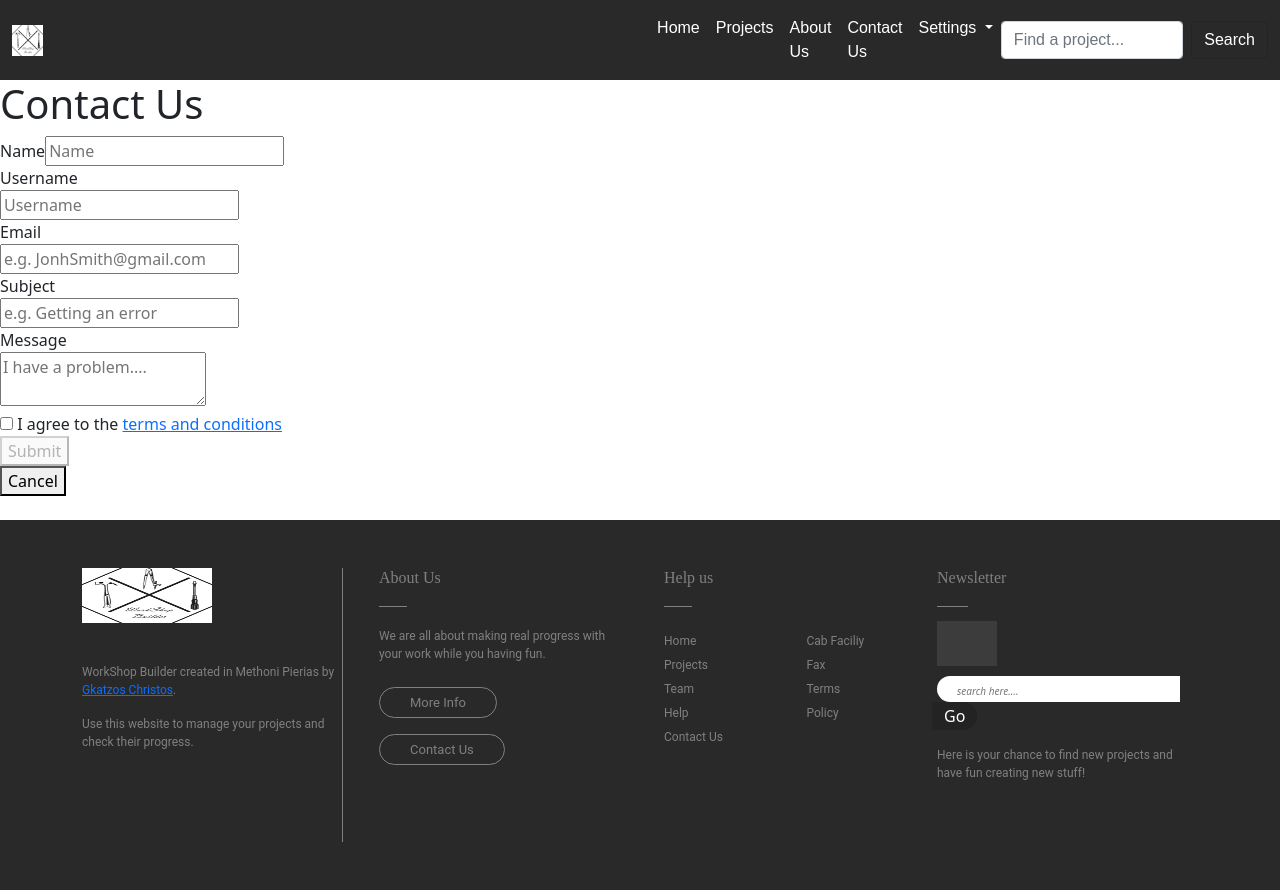
Repository: GkatzosChristos/workshop-builder-ui
Page: /contactUs (app in workshop-builder-ui/)
The author's editor kept a copy of each file at every save. The page is drawn from the files as they stood at one save, then again after the next save.
The browser window is 1280 px wide. The pictures show the whole page.
The project was rebuilt for these pictures with package versions that can differ from the ones it lists, and the page was loaded fresh each time. Also part of the build but not shown: workshop-builder-ui/angular.json, workshop-builder-ui/src/app/about-us/about-us.component.ts, workshop-builder-ui/src/app/home/home.component.ts, workshop-builder-ui/src/app/project/project.component.ts.

Above is the page before, as saved 2021-08-27 17:07:07.

After the next save:
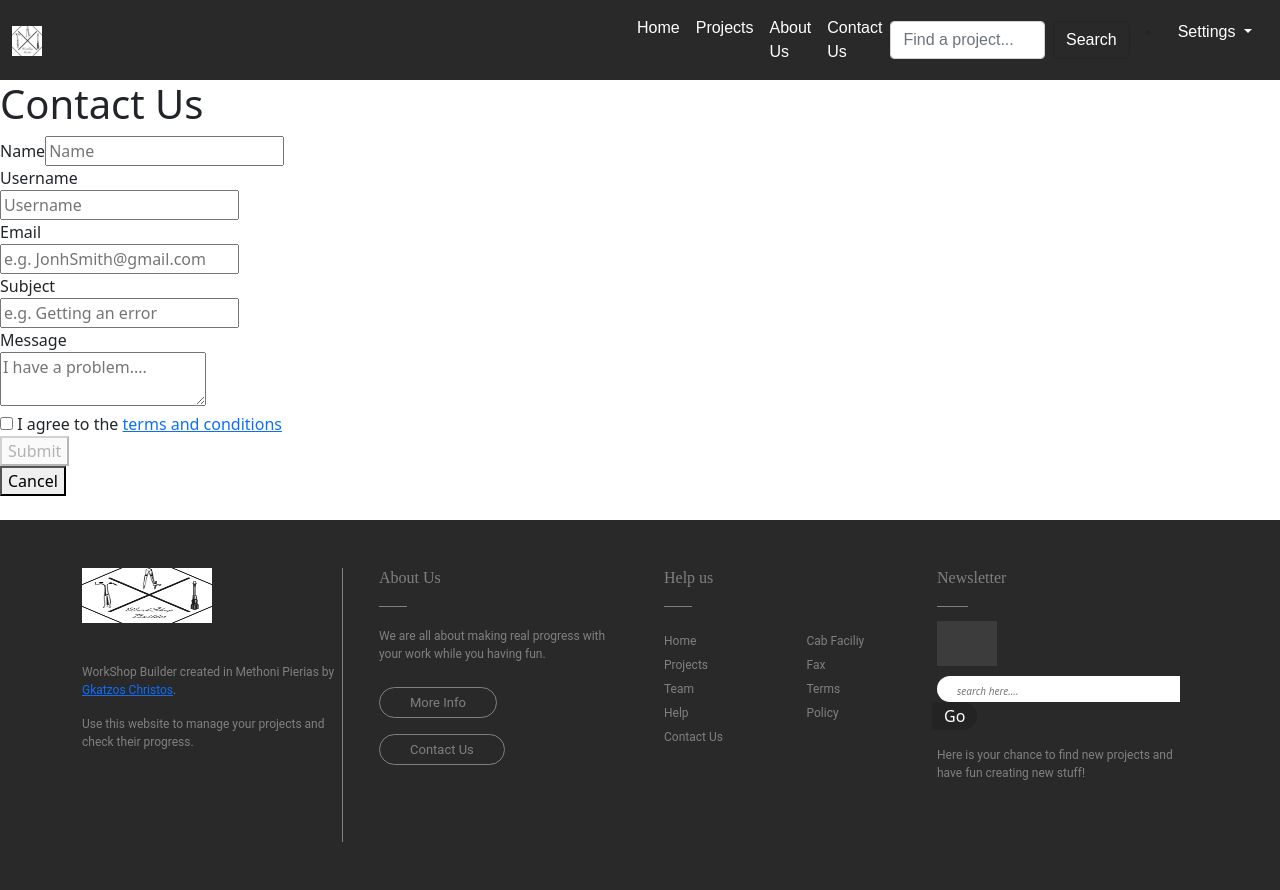
Saved 71 s later.
--- a/workshop-builder-ui/src/app/header/header.component.html
+++ b/workshop-builder-ui/src/app/header/header.component.html
@@ -22,6 +22,12 @@
                     <li class="nav-item">
                         <a class="nav-link text-white" routerLink="/contactUs">Contact Us</a>
                     </li>
+                </ul>
+                <form class="d-flex">
+                    <input class="form-control me-2" type="text" placeholder="Find a project...">
+                    <a class="btn btn-outline-dark text-white">Search</a>
+                </form>
+                <ul>
                     <li class="nav-item dropdown">
                         <a class="nav-link dropdown-toggle text-white" id="navbarScrollingDropdown" role="button"
                             data-bs-toggle="dropdown" aria-expanded="false">
@@ -37,10 +43,7 @@
                         </ul>
                     </li>
                 </ul>
-                <form class="d-flex">
-                    <input class="form-control me-2" type="text" placeholder="Find a project...">
-                    <a class="btn btn-outline-dark text-white">Search</a>
-                </form>
+
             </div>
         </div>
     </nav>
